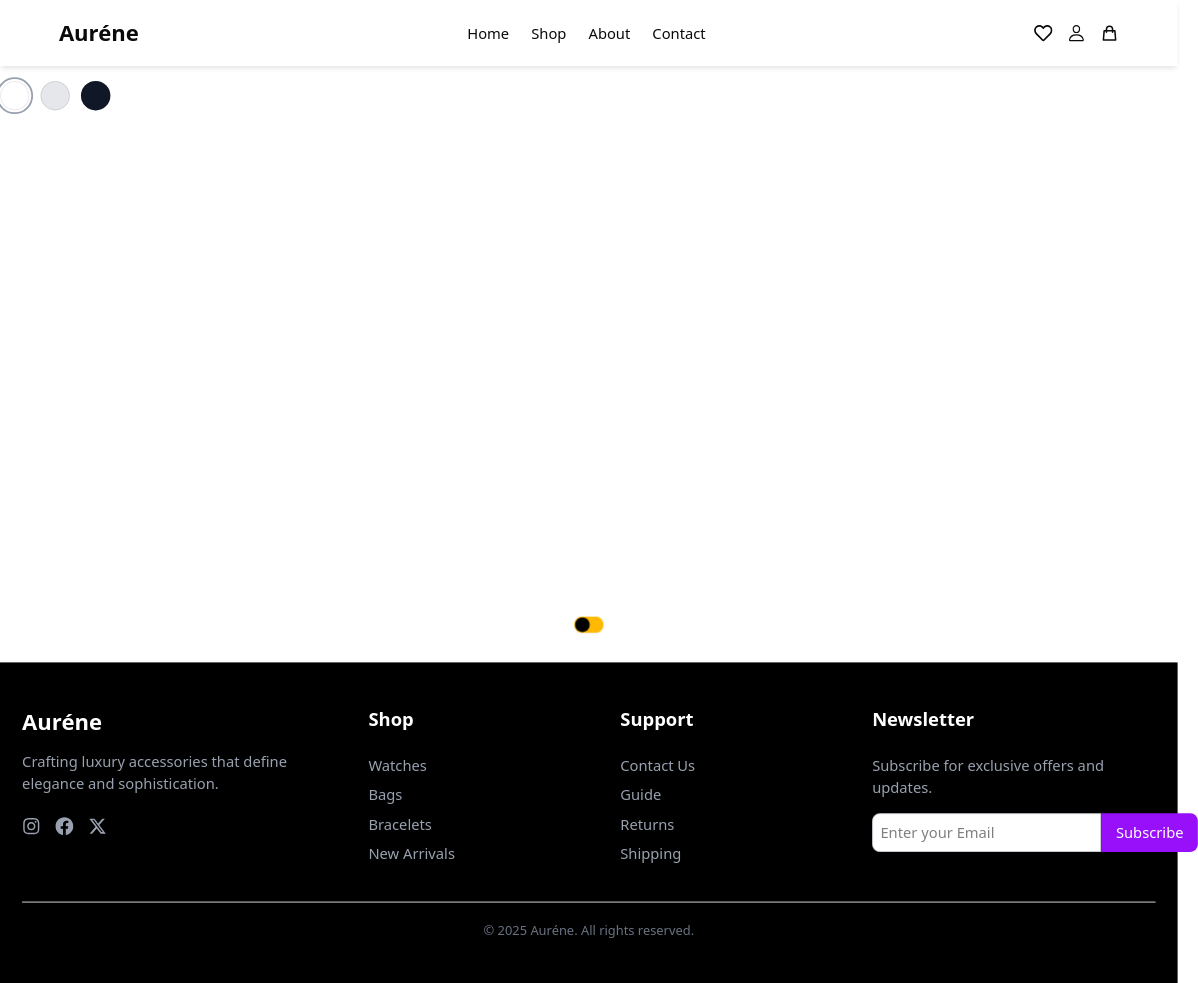
Repository: oehab30/Aur-ne-e-commerce-
Page: /Wishlist
An editor plug-in stored every save of this project. The page is shown before and after a run of saves, followed by the edit.
The browser window is 1280 px wide. The page is 1302 px wide, so the pictures cover 1302 px, including what lies to the right of the window. The pictures show the whole page, at 92% of full size.
The project was rebuilt for these pictures with package versions that can differ from the ones it lists, and the page was loaded fresh each time. Also part of the build but not shown: src/components/home-page/Hero.tsx, src/components/home-page/Hotoffers.tsx, src/components/home-page/Dontmiss.tsx, src/components/home-page/Featuredcollection.tsx, src/components/home-page/BestSellers.tsx, src/components/home-page/Summercollection.tsx, src/pages/Home.tsx, src/components/common/Categories.tsx and 7 more.

Above is the page before, as saved 2025-11-26 18:52:54.

### index.html
<!doctype html>
<html lang="en">
  <head>
    <meta charset="UTF-8" />
    <link rel="icon" type="image/svg+xml" href="/vite.svg" />
    <meta name="viewport" content="width=device-width, initial-scale=1.0" />
<link
  href="https://fonts.googleapis.com/css2?family=Playfair+Display:wght@400;500;600;700&display=swap"
  rel="stylesheet"
/>

    <title>vite-project</title>
  </head>
  <body>
    <div id="root"></div>
    <script type="module" src="/src/main.tsx"></script>
  </body>
</html>

### src/main.tsx
// main.tsx
import "./assets/styles/Modules.css";
import React from "react";
import ReactDOM from "react-dom/client";
import Routes from "./Routes/Routes"; // this is your router setup

ReactDOM.createRoot(document.getElementById("root")!).render(
  <React.StrictMode>
    <Routes />
  </React.StrictMode>
)

### src/assets/styles/Modules.css
@import url('https://fonts.googleapis.com/css2?family=Playfair+Display:wght@400;500;600;700&display=swap');

@import "tailwindcss";

@import "tw-animate-css";

@custom-variant dark (&:where(.dark *) );

:root {
  --primary: oklch(0.205 0 0);
  --buttons: #d5ae37;
  --radius: 0.625rem;
  --background: oklch(1 0 0);
  --foreground: oklch(0.145 0 0);
  --card: oklch(1 0 0);
  --card-foreground: oklch(0.145 0 0);
  --popover: oklch(1 0 0);
  --popover-foreground: oklch(0.145 0 0);
  --primary-foreground: oklch(0.985 0 0);
  --secondary: oklch(0.97 0 0);
  --secondary-foreground: oklch(0.205 0 0);
  --muted: oklch(0.97 0 0);
  --muted-foreground: oklch(0.556 0 0);
  --accent: oklch(0.97 0 0);
  --accent-foreground: oklch(0.205 0 0);
  --destructive: oklch(0.577 0.245 27.325);
  --border: oklch(0.922 0 0);
  --input: oklch(0.922 0 0);
  --ring: oklch(0.708 0 0);
  --chart-1: oklch(0.646 0.222 41.116);
  --chart-2: oklch(0.6 0.118 184.704);
  --chart-3: oklch(0.398 0.07 227.392);
  --chart-4: oklch(0.828 0.189 84.429);
  --chart-5: oklch(0.769 0.188 70.08);
  --sidebar: oklch(0.985 0 0);
  --sidebar-foreground: oklch(0.145 0 0);
  --sidebar-primary: oklch(0.205 0 0);
  --sidebar-primary-foreground: oklch(0.985 0 0);
  --sidebar-accent: oklch(0.97 0 0);
  --sidebar-accent-foreground: oklch(0.205 0 0);
  --sidebar-border: oklch(0.922 0 0);
  --sidebar-ring: oklch(0.708 0 0);
}

@theme inline {
  --radius-sm: calc(var(--radius) - 4px);
  --radius-md: calc(var(--radius) - 2px);
  --radius-lg: var(--radius);
  --radius-xl: calc(var(--radius) + 4px);
  --color-background: var(--background);
  --color-foreground: var(--foreground);
  --color-card: var(--card);
  --color-card-foreground: var(--card-foreground);
  --color-popover: var(--popover);
  --color-popover-foreground: var(--popover-foreground);
  --color-primary: var(--primary);
  --color-primary-foreground: var(--primary-foreground);
  --color-secondary: var(--secondary);
  --color-secondary-foreground: var(--secondary-foreground);
  --color-muted: var(--muted);
  --color-muted-foreground: var(--muted-foreground);
  --color-accent: var(--accent);
  --color-accent-foreground: var(--accent-foreground);
  --color-destructive: var(--destructive);
  --color-border: var(--border);
  --color-input: var(--input);
  --color-ring: var(--ring);
  --color-chart-1: var(--chart-1);
  --color-chart-2: var(--chart-2);
  --color-chart-3: var(--chart-3);
  --color-chart-4: var(--chart-4);
  --color-chart-5: var(--chart-5);
  --color-sidebar: var(--sidebar);
  --color-sidebar-foreground: var(--sidebar-foreground);
  --color-sidebar-primary: var(--sidebar-primary);
  --color-sidebar-primary-foreground: var(--sidebar-primary-foreground);
  --color-sidebar-accent: var(--sidebar-accent);
  --color-sidebar-accent-foreground: var(--sidebar-accent-foreground);
  --color-sidebar-border: var(--sidebar-border);
  --color-sidebar-ring: var(--sidebar-ring);
}

.dark {
  --background: oklch(0.145 0 0);
  --foreground: oklch(0.985 0 0);
  --card: oklch(0.205 0 0);
  --card-foreground: oklch(0.985 0 0);
  --popover: oklch(0.205 0 0);
  --popover-foreground: oklch(0.985 0 0);
  --primary: oklch(0.922 0 0);
  --primary-foreground: oklch(0.205 0 0);
  --secondary: oklch(0.269 0 0);
  --secondary-foreground: oklch(0.985 0 0);
  --muted: oklch(0.269 0 0);
  --muted-foreground: oklch(0.708 0 0);
  --accent: oklch(0.269 0 0);
  --accent-foreground: oklch(0.985 0 0);
  --destructive: oklch(0.704 0.191 22.216);
  --border: oklch(1 0 0 / 10%);
  --input: oklch(1 0 0 / 15%);
  --ring: oklch(0.556 0 0);
  --chart-1: oklch(0.488 0.243 264.376);
  --chart-2: oklch(0.696 0.17 162.48);
  --chart-3: oklch(0.769 0.188 70.08);
  --chart-4: oklch(0.627 0.265 303.9);
  --chart-5: oklch(0.645 0.246 16.439);
  --sidebar: oklch(0.205 0 0);
  --sidebar-foreground: oklch(0.985 0 0);
  --sidebar-primary: oklch(0.488 0.243 264.376);
  --sidebar-primary-foreground: oklch(0.985 0 0);
  --sidebar-accent: oklch(0.269 0 0);
  --sidebar-accent-foreground: oklch(0.985 0 0);
  --sidebar-border: oklch(1 0 0 / 10%);
  --sidebar-ring: oklch(0.556 0 0);
}

@layer base {
  * {
    @apply border-border outline-ring/50;
  }
  body {
    @apply bg-background text-foreground;
  }
}

:root {
  --main: #d5ae37;
  --button:#cb8b04;
}

/* Hide scrollbar (optional) */
.scrollbar-hide::-webkit-scrollbar {
  display: none;
}
.scrollbar-hide {
  -ms-overflow-style: none;
  scrollbar-width: none;
}

### src/Routes/Routes.tsx
// Routes.tsx
import React from "react";
import { createBrowserRouter, RouterProvider } from "react-router";
import Layout from "../components/common/layout";
import Home from "../pages/Home";
import Shop from "../pages/Shop";
import Cart from "../pages/cart";
import Profile from "../pages/Profile";
import About from "../pages/About";
import Contact from "../pages/Contact";
import Error from "../pages/Error";
import Wishlist from "../pages/Wishlist";
import Login from "../components/login-page/Loginform"
const router = createBrowserRouter([
  {
    element: <Layout />,
    children: [
      { path: "/", element: <Home /> },
      { path: "/Shop/:category", element: <Shop /> },
      { path: "/about", element: <About /> },
      { path: "/contact", element: <Contact /> },
      { path: "/Login", element: <Login /> },
      { path: "/Wishlist", element: <Wishlist /> },
      { path: "/cart", element: <Cart /> },
      { path: "/Profile", element: <Profile /> },
    ],
  },
 { path: "*", element: <Error/> },
]);

function Routes() {
  return <RouterProvider router={router} />;
}

export default Routes;

### src/components/common/layout.tsx
// Layout.tsx
import React from "react";
import Navbar from "./navbar";
import { Outlet } from "react-router-dom";
import Darkmode from "./Darkmode";
import Footer from "./Footer";

function Layout() {
  return (
    <>
      <Navbar    />
      <main className="min-h-screen  pt-18">
<Darkmode/>
        <Outlet />        {/* 👈 Page content changes here */}
      </main>
      <Footer  />
    </>
  );
}

export default Layout;

### src/pages/Wishlist.tsx
import React from 'react'
import Color from '../components/Shop-page/color'

function Wishlist() {
  return (
    <Color/>
  )
}

export default Wishlist

### src/components/common/navbar.tsx
import React, { useState } from "react";
import { Link } from "react-router-dom";
import { FaRegHeart } from "react-icons/fa";
import { HiOutlineShoppingBag } from "react-icons/hi";
import { IoPersonOutline } from "react-icons/io5";

function Navbar() {
  const [menuOpen, setMenuOpen] = useState(false);

  return (
    <nav className="w-full fixed  shadow-md bg-white dark:bg-black z-[100] ">
      <div className="max-w-[1280px] mx-auto flex justify-between items-center py-5 px-6 md:px-16">
        {/* Logo */}
        <Link to="/" className="text-2xl font-semibold font-[Playfair Display]  dark:text-white">
          Auréne
        </Link>

        {/* Desktop Links */}
        <div className="hidden md:flex gap-6 font-medium  ">
          <Link to="/" className="hover:text-[var(--main)] dark:hover:text-[var(--main)] duration-300">Home</Link>
          <Link to="/Shop/:category" className="hover:text-[var(--main)] dark:hover:text-[var(--main)] duration-300">Shop</Link>
          <Link to="/about" className="hover:text-[var(--main)] dark:hover:text-[var(--main)] duration-300">About</Link>
          <Link to="/contact" className="hover:text-[var(--main)] dark:hover:text-[var(--main)] duration-300">Contact</Link>
        </div>

        {/* Icons + Login */}
        <div className="hidden md:flex items-center gap-4 text-xl  dark:text-white">
          <Link to="/wishlist" className="hover:text-[var(--main)] dark:hover:text-[var(--main)] duration-300"><FaRegHeart /></Link>
          <Link to="/Login" className="hover:text-[var(--main)] dark:hover:text-[var(--main)] duration-300"><IoPersonOutline /></Link>
          <Link to="/cart" className="hover:text-[var(--main)] dark:hover:text-[var(--main)] duration-300"><HiOutlineShoppingBag /></Link>
        </div>

        {/* Mobile Menu Button */}
        <button
          onClick={() => setMenuOpen(!menuOpen)}
          className="md:hidden text-3xl text-gray-700  focus:outline-none"
        >
          ☰
        </button>
      </div>

      {/* Mobile Menu */}
      {menuOpen && (
        <div className="md:hidden flex flex-col items-center gap-4 py-6 bg-white dark:bg-black  dark:text-white shadow-lg">
          <Link to="/" onClick={() => setMenuOpen(false)} className="hover:text-[var(--main)] dark:hover:text-[var(--main)] duration-300">Home</Link>
          <Link to="/Shop/:category" onClick={() => setMenuOpen(false)} className="hover:text-[var(--main)] dark:hover:text-[var(--main)] duration-300">Shop</Link>
          <Link to="/about" onClick={() => setMenuOpen(false)} className="hover:text-[var(--main)] dark:hover:text-[var(--main)] duration-300">About</Link>
          <Link to="/contact" onClick={() => setMenuOpen(false)} className="hover:text-[var(--main)] dark:hover:text-[var(--main)] duration-300">Contact</Link>
        </div>
      )}
    </nav>
  );
}

export default Navbar;

### src/components/common/Darkmode.tsx
import React, { useEffect, useState } from 'react';
import { Switch } from "@/components/ui/switch"
function Darkmode() {
  const [mode, setMode] = useState(false);

  useEffect(() => {
    if (mode) {
      document.body.classList.add('dark');
    } else {
      document.body.classList.remove('dark');
    }
  }, [mode]);

  return (
    <>
      <Switch  onClick={() => setMode(!mode)} className=" px- fixed bottom-8 left-1/2 -translate-x-1/2 z-50">

      </Switch>
    </>
  );
}

export default Darkmode;

### src/components/common/Footer.tsx
import React from 'react';
import { FaInstagram, FaFacebook } from "react-icons/fa";
import { FaXTwitter } from "react-icons/fa6";
import { Link } from 'react-router-dom';

function Footer() {
  return (
    <footer className="bg-black text-gray-400 px-6 py-12">
      <div className="max-w-7xl mx-auto flex flex-col md:flex-row justify-between gap-10">

        {/* Brand */}
        <div className="flex flex-col gap-4 md:w-1/4">
          <h1 className="text-2xl text-white font-bold">Auréne</h1>
          <p className="text-gray-400">
            Crafting luxury accessories that define elegance and sophistication.
          </p>
          <div className="flex gap-4 text-xl mt-2">
            <Link to="#" className="hover:text-purple-600 transition-colors"><FaInstagram /></Link>
            <Link to="#" className="hover:text-purple-600 transition-colors"><FaFacebook /></Link>
            <Link to="#" className="hover:text-purple-600 transition-colors"><FaXTwitter /></Link>
          </div>
        </div>

        {/* Shop Links */}
        <div className="flex flex-col gap-2 md:w-1/6">
          <h2 className="text-xl text-white font-semibold mb-4">Shop</h2>
          <Link to="#" className="hover:text-purple-600 transition-colors">Watches</Link>
          <Link to="#" className="hover:text-purple-600 transition-colors">Bags</Link>
          <Link to="#" className="hover:text-purple-600 transition-colors">Bracelets</Link>
          <Link to="#" className="hover:text-purple-600 transition-colors">New Arrivals</Link>
        </div>

        {/* Support Links */}
        <div className="flex flex-col gap-2 md:w-1/6">
          <h2 className="text-xl text-white font-semibold mb-4">Support</h2>
          <Link to="#" className="hover:text-purple-600 transition-colors">Contact Us</Link>
          <Link to="#" className="hover:text-purple-600 transition-colors">Guide</Link>
          <Link to="#" className="hover:text-purple-600 transition-colors">Returns</Link>
          <Link to="#" className="hover:text-purple-600 transition-colors">Shipping</Link>
        </div>

        {/* Newsletter */}
        <div className="flex flex-col gap-4 md:w-1/4">
          <h2 className="text-xl text-white font-semibold mb-2">Newsletter</h2>
          <p className="text-gray-400">Subscribe for exclusive offers and updates.</p>

          <form className="flex ">
            <input
             type="email"
             placeholder="Enter your Email"
            className="flex-1 p-2 rounded-l-md border border-gray-300 focus:border-purple-600 focus:outline-none text-black bg-white"
             />

            <button
              type="submit"
              className="bg-purple-600 text-white px-4 rounded-r-md hover:bg-purple-700 transition-colors"
            >
              Subscribe
            </button>
          </form>
        </div>
      </div>

      <div className="mt-10 text-center text-gray-500 text-sm">
        <hr /> <br />
        &copy; {new Date().getFullYear()} Auréne. All rights reserved.
      </div>
    </footer>
  );
}

export default Footer;

### src/components/Shop-page/color.tsx
import React from 'react'
import classNames from 'classnames'

function Color() {
  const product = {
    colors: [
      { id: 'white', name: 'White', classes: 'bg-white checked:outline-gray-400' },
      { id: 'gray', name: 'Gray', classes: 'bg-gray-200 checked:outline-gray-400' },
      { id: 'black', name: 'Black', classes: 'bg-gray-900 checked:outline-gray-900' },
    ],
  };

  return (
    <fieldset aria-label="Choose a color" className="mt-4 ">
      <div className="flex items-center gap-x-3">
        {product.colors.map((color, index) => (
          <div
            key={color.id}
            className="flex rounded-full outline -outline-offset-1 outline-black/10"
          >
            <input
              value={color.id}
              defaultChecked={index === 0}
              name="color"
              type="radio"
              aria-label={color.name}
              className={classNames(
                color.classes,
                'size-8 appearance-none rounded-full forced-color-adjust-none checked:outline-2 checked:outline-offset-2 focus-visible:outline-3 focus-visible:outline-offset-3'
              )}
            />
          </div>
        ))}
      </div>
    </fieldset>
  );
}

export default Color;

### src/components/ui/switch.tsx
import * as React from "react"
import * as SwitchPrimitive from "@radix-ui/react-switch"

import { cn } from "@/lib/utils"

function Switch({
  className,
  ...props
}: React.ComponentProps<typeof SwitchPrimitive.Root>) {
  return (
    <SwitchPrimitive.Root
      data-slot="switch"
      className={cn(
        "peer data-[state=checked]:bg-white data-[state=unchecked]:bg-amber-400 focus-visible:border-ring focus-visible:ring-ring/50 dark:data-[state=unchecked]:bg-gray-500/80 inline-flex h-[1.15rem] w-8 shrink-0 items-center rounded-full border border-transparent shadow-xs transition-all outline-none focus-visible:ring-[3px] disabled:cursor-not-allowed disabled:opacity-50",
        className
      )}
      {...props}
    >
      <SwitchPrimitive.Thumb
        data-slot="switch-thumb"
        className={cn(
          "bg-black dark:data-[state=unchecked]:bg-gray-200 dark:data-[state=checked]:bg-blue-600 pointer-events-none block size-4 rounded-full ring-0 transition-transform data-[state=checked]:translate-x-[calc(100%-2px)] data-[state=unchecked]:translate-x-0"
        )}
      />
    </SwitchPrimitive.Root>
  )
}

export { Switch }

Loaded but not shown: src/Lib/utils.js (common file)

After the next 2 saves:
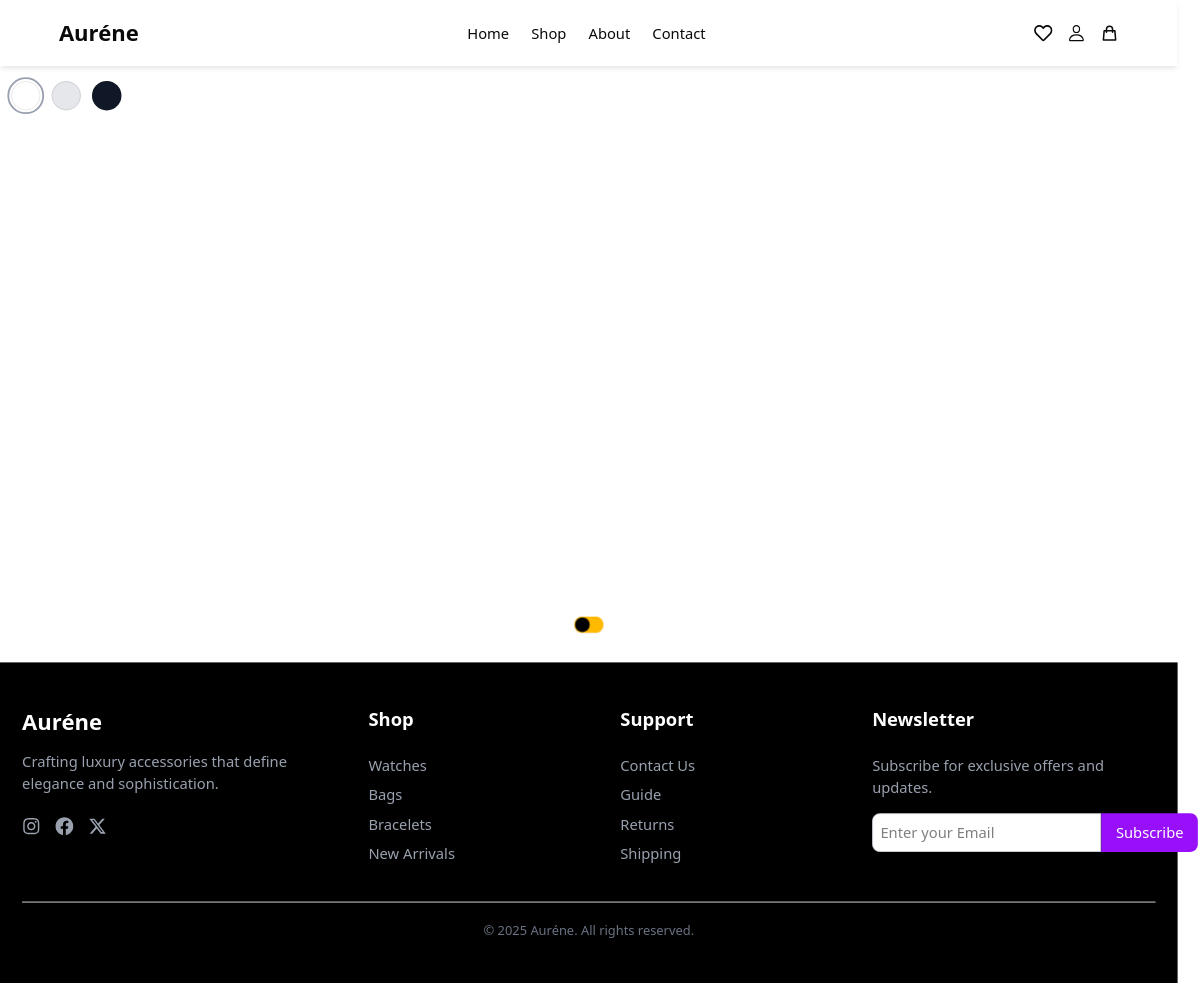
The 2 saves are shown as one change because they came seconds apart.
The last was saved 16 s later.
--- a/src/components/Shop-page/color.tsx
+++ b/src/components/Shop-page/color.tsx
@@ -13,6 +13,7 @@ function Color() {
   return (
     <fieldset aria-label="Choose a color" className="mt-4 ">
       <div className="flex items-center gap-x-3">
+        <h1></h1>
         {product.colors.map((color, index) => (
           <div
             key={color.id}
